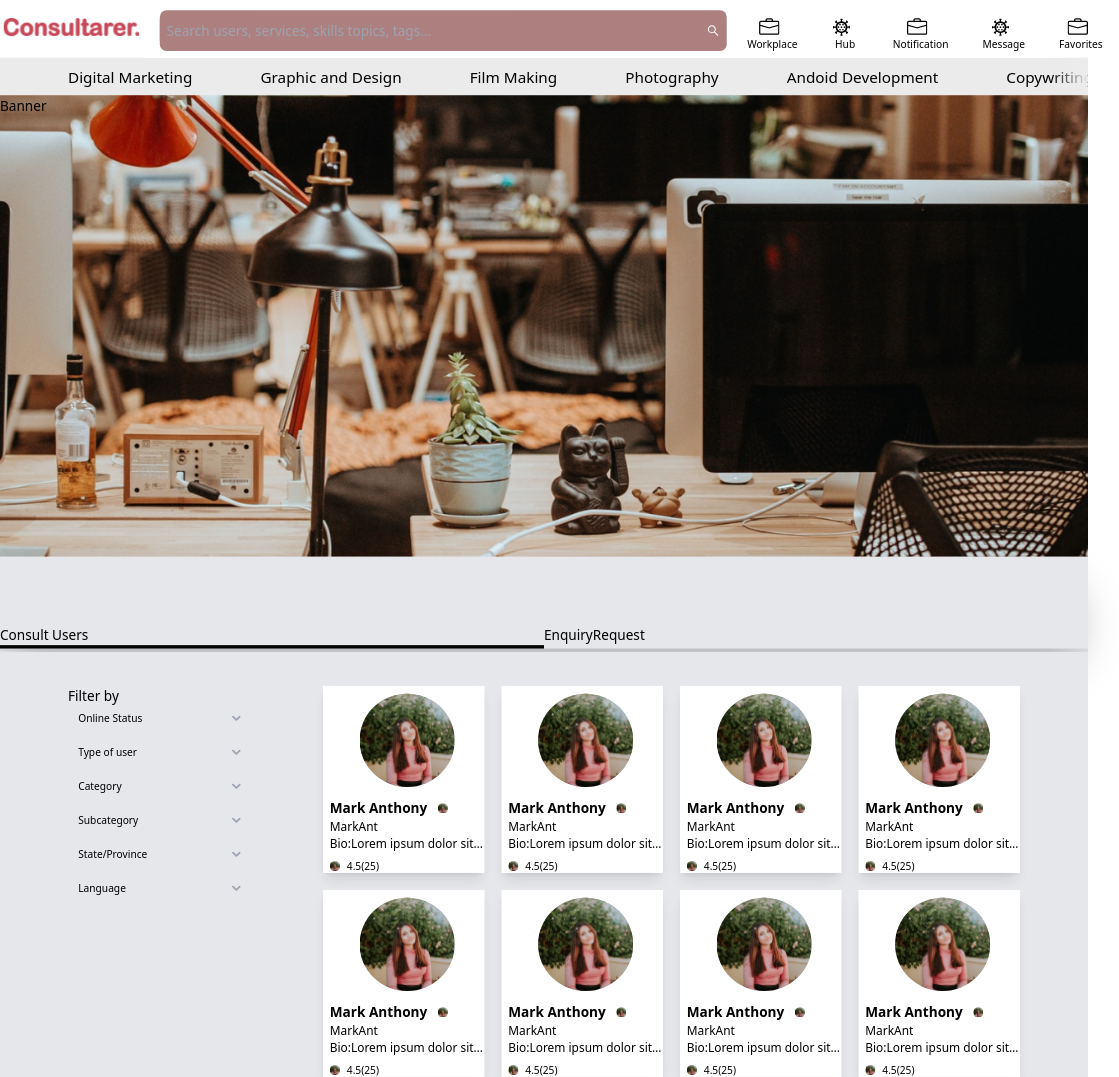
Repository: hisreal123/Consultarer
Page: /
An editor plug-in stored every save of this project. The page is shown before and after the next save, followed by the edit.
The browser window is 1280 px wide. The page is 1317 px wide, so the pictures cover 1317 px, including what lies to the right of the window. The pictures show the whole page, at 85% of full size.
The project was rebuilt for these pictures with package versions that can differ from the ones it lists, and the page was loaded fresh each time. The framework's server and built-in components were replaced by stand-ins that run in the browser. Also part of the build but not shown: next.config.js, webpack.config.js, components/Filter/Sortby.js.

Above is the page before, as saved 2022-04-26 00:31:22.

### pages/_app.js
import Layout from "../components/Layout";
import "../styles/globals.css";



function MyApp({ Component, pageProps }) {
  return (
    <Layout>
      <Component {...pageProps} />
    </Layout>
  );
}

export default MyApp;

### pages/index.js
import Head from "next/head";
import Image from "next/image";
import CatList from "../components/Category/CatList";
import { CatLinkData } from "../utils/CatLinkdata";
import { Banner } from "../components/Banner/Banner";
import { ContentTab } from "../components/CardContent/ContentTab";

export default function Home({ data }) {
  return (
    <div className=" ">
      <Head>
        <title>Cosultarer.</title>
        <meta name="description" content="Generated by create next app" />
        <link rel="icon" href="/favicon.ico" />
      </Head>

      <main className="bg-gray-200">
        <CatList allCatLinkData={data} />
        <Banner />
        <ContentTab />
      </main>
    </div>
  );
}

export async function getStaticProps() {
  return {
    props: {
      data: CatLinkData,
    },
    revalidate: 4 * 60 * 60,
  };
}

### components/Layout.js
import React from "react";
import { TopNav } from "./TopNav/TopNav";

const Layout = ({ children , toggle}) => {
  return (
    <div className="relative">
      <TopNav toggle={toggle}/>
      {children}
    </div>
  );
};

export default Layout;

### components/Category/CatList.js
import React from "react";
import ListLink from "./ListLink";
const CatList = ({ allCatLinkData }) => {
  return (
    <div className="relative  overflow-hidden ">
      <div className="relative">
        <ListLink data={allCatLinkData} />
      </div>
    </div>
  );
};

export default CatList;

### utils/CatLinkdata.js
// Json Array for CarTegory Section
export const CatLinkData = [
  {
    id: 1,
    Category: " Digital Marketing",
  },
  {
    id: 2,
    Category: " Graphic and Design",
  },
  {
    id: 3,
    Category: " Film Making",
  },
  {
    id: 4,
    Category: " Photography ",
  },
  {
    id: 5,
    Category: " Andoid Development ",
  },
  {
    id: 6,
    Category: " Copywriting ",
  },

  {
    id: 7,
    Category: " Photography ",
  },
  {
    id: 8,
    Category: " Andoid Development ",
  },
  {
    id: 9,
    Category: " Copywriting ",
  },
  {
    id: 10,
    Category: " Digital Marketing",
  },
  {
    id: 11,
    Category: " Graphic and Design",
  },
  {
    id: 12,
    Category: " Film Making",
  },
  {
    id: 13,
    Category: " Photography ",
  },
  {
    id: 14,
    Category: " Andoid Development ",
  },
  {
    id: 15,
    Category: " Copywriting ",
  },

  {
    id: 16,
    Category: " Photography ",
  },
  {
    id: 17,
    Category: " Andoid Development ",
  },
  {
    id: 18,
    Category: " Copywriting ",
  },
]; // End of CatLinks

// for Link Data

### components/Banner/Banner.js
import React from "react";

export const Banner = () => {
  return (
    <div className=" h-[543px]  bg-gray-200 bg-hero bg-origin-content bg-right md:bg-center bg-cover bg-no-repeat  ">
      Banner
    </div>
  );
};

### components/CardContent/ContentTab.js
import { React, Fragment, useState } from "react";
import { EnquiryRequest } from "./EnquiryRequest";
import { ConsultUsers } from "./ConsultUsers";

export const ContentTab = () => {
  const [index, setIndex] = useState(0);
  return (
    <div className="Tabs">
      <div className="tabList  grid grid-cols-2 pt-20 bg-gray-200 mb-1 shadow-2xl z-30">
        <div
          className={`tabHead   ${
            index === 0 ? " border-b-4 border-b-black   " : null
          }`}
          onClick={() => {
            setIndex(0);
          }}
        >
          <h1 className="">Consult Users</h1>
        </div>
        <div
          className={`tabHead ${
            index === 1 ? "  border-b-4 border-b-black " : null
          }`}
          onClick={() => {
            setIndex(1);
          }}
        >
          <h1>EnquiryRequest</h1>
        </div>
      </div>
      <div className="contentl ">
        <div className="tabContent" hidden={index != 0}>
          <ConsultUsers />
        </div>
        <div className="tabContent" hidden={index != 1}>
          <EnquiryRequest />
        </div>
      </div>
    </div>
  );
};

### components/TopNav/TopNav.js
import Link from "next/link";
import { React, useState } from "react";
import Search from "./Search";
import { TopNavMobile } from "../Mobile/TopNavMobile";
import { Aside } from "../Mobile/Aside";
import { AccountLinks } from "../AccountLinks";

// All design are been adjusted to mobile first
export const TopNav = () => {
  return (
    <div className=" shadow-sm ">
      {/* tablet and extended*/}
      <div className=" relative lg:flex item-center ">
        <TopNavMobile />
        <div className="wrap hidden lg:flex  lg:bg-white lg:w-screen   lg:pt-3">
          <Search
            widthStyle="  ml-4 rounded-full hidden md:block lg:mr-1 lg:flex lg:pr-2  lg:bg-[#ad8080] lg:text-white "
            inputStyle="lg:w-[643px] lg:py-2  lg:bg-[#ad8080] lg:pl-2 lg:rounded-lg lg:outline-none lg:text-white"
          />
          <div className="acct w-full relative">
            <AccountLinks />
          </div>
        </div>
      </div>
    </div>
  );
};

### components/Category/ListLink.js
import Link from "next/link";
import React from "react";
import { useRouter } from "next/router";

const ListLink = ({ data }) => {
  const router = useRouter();
  return (
    <div className="relative bg-[#EBEBEB]">
      <ul className="  relative flex whitespace-nowrap px-10 sm:px-20 space-x-10 sm:space-x-20 overflow-x-scroll scrollbar-hide py-2 md:text-lg lg:w-screen">
        {data.map((list) => (
          <li
            key={list.id}
            // onClick={() => router.push(`/${list.Category}`)}
            className="hover:scale-105 transition duration-100  cursor-pointer active:text-red-500"
          >
            {list.Category}
          </li>
        ))}
      </ul>

      <div className="absolute top-0 right-0 bg-gradient-to-l from-[#EBEBEB] h-10 w-11"></div>
    </div>
  );
};

export default ListLink;

### components/CardContent/EnquiryRequest.js
import { FilterList } from "../Filter/FilterList";
export const EnquiryRequest = () => {
  return (
    <div className="grid grid-cols-2 relative w-full bg-green-300">
    <FilterList />
    </div>
  );
};

### components/CardContent/ConsultUsers.js
import React from "react";
import { FilterList } from "../Filter/FilterList";
import { UserCard } from "./UserCard";
export const ConsultUsers = () => {
  return (
    <div className="grid grid-cols-4 pt-10 px-20 z-10 gap-20 relative w-full bg-gray-200">
      <FilterList />
      <div className="useCard col-span-3">
        <UserCard userStyle="" />
      </div>
    </div>
  );
};

### components/TopNav/Search.js
import React from "react";
import { AiOutlineSearch } from "react-icons/ai";

const Search = ({ widthStyle, mobileStyle, inputStyle , lgStyle}) => {
  return (
    <div
      className={`transition hover:shadow-md  flex items-center  relative  bg-white  justify-between pr-3 lg:mb-2 lg:rounded-lg group  ${widthStyle} ${mobileStyle} ${lgStyle}`}
    >
      <input
        type="text"
        name="search"
        id="search"
        placeholder="Search users, services, skills topics, tags... "
        className={inputStyle}
      />
      <AiOutlineSearch className="transition hover:scale-105 cursor-pointer  " />
    </div>
  );
};

export default Search;

### components/Mobile/TopNavMobile.js
import { React, useState } from "react";
import { Aside } from "../Mobile/Aside";
import { Logo } from "../Logo";
import { Profile } from "../Profile";
import Search from "../TopNav/Search";
import { MdMenu } from "react-icons/md";

export const TopNavMobile = () => {
  const [openSideBar, setOpenSideBar] = useState(false);
  return (
    <div className="mobile relative pl-1 px-2 pb-1">
      {/* mobile*/}
      {/* Adding pr-2 to make space for te search component*/}
      <div className=" relative flex justify-between items-center bg-white w-full lg:h-full">
        <div className=" relative flex items-center">
          <MdMenu
            className="text-3xl text-gray-600 mr-1 lg:hidden"
            onClick={() => setOpenSideBar(!openSideBar)}
          />
          <Logo />
        </div>
        <Profile /> {/* profile available only for mobile xs & sm screen size*/}
      </div>
      {/* Search avialable only for mobile xs & sm screen size*/}
      <Search
        widthStyle="w-full pl-2  lg:hidden"
        mobileStyle="mb-3 outline-none rounded-full border border-1 "
        inputStyle=" text-xs py-2 px-2 w-full md:text-md"
      />

      <Aside
        sidebarInfo={{ openSideBar, setOpenSideBar }}
        toggleStyle={`
      ${!openSideBar ? "-translate-x-full" : ""}
    `}
      />
    </div>
  );
};

### components/Mobile/Aside.js
import Link from "next/link";
import { React, useState } from "react";
import { GrFormClose } from "react-icons/gr";
import { AccountLinks } from "../AccountLinks";
import Divider from "../divider";
import { FilterList } from "../Filter/FilterList";
import { Logo } from "../Logo";
// Repeated Style for more than one Element
const GenDesc = "text-xs text-red-500  pl-2 py-1";

export const Aside = ({
  toggleStyle,
  sidebarInfo: { openSideBar, setOpenSideBar },
}) => {
  return (
    <div
      className={` bg-white  absolute top-0  left-0  shadow-lg overflow-hidden w-3/4  transition pb-20 z-50  md:w-50 lg:hidden
      ${openSideBar ? " " : "-translate-x-full"} ${toggleStyle}
      `}
    >
      <div className="top ">
        <div className="top flex  justify-between items-center py-2 px-2">
          <Logo />
          <GrFormClose
            className="text-3xl"
            onClick={() => setOpenSideBar(!openSideBar)}
          />
        </div>
        <Divider />
        <h4 className={GenDesc}> Account</h4>
        <AccountLinks />
        <Divider />
        <FilterList filStyle={GenDesc} />
      </div>
    </div>
  );
};

### components/AccountLinks.js
import React from "react";
import { BsBriefcase } from "react-icons/bs";
import { MdOutlineCoronavirus } from "react-icons/md";
import Divider from "./divider";

const AsideLink = [
  {
    id: 1,
    title: " Workplace",
    icon: <BsBriefcase />,
  },

  {
    id: 2,
    title: "Hub",
    icon: <MdOutlineCoronavirus />,
  },

  {
    id: 3,
    title: " Notification",
    icon: <BsBriefcase />,
  },

  {
    id: 4,
    title: "Message",
    icon: <MdOutlineCoronavirus />,
  },

  {
    id: 5,
    title: " Favorites",
    icon: <BsBriefcase />,
  },
];

export const AccountLinks = () => {
  return (
    <div className=" group md:flex md:items-center md:justify-between md:w-full relative   lg:justify-between lg:items-center">
      {AsideLink.map((item) => (
        <div
          key={item.id}
          className="flex items-center px-2 py-2 mb-1 hover:bg-red-200 last:mb-0 md:text-2xl lg:px-0 lg:pt-2 lg:flex-col lg:pl-5 lg:pr-5  lg:hover:bg-white group lg:mb-0 lg:hover:border-b lg:border-b-black transition duration-150 "
        >
          <span className="mr-2 sm:hover:text-red-400 lg:hover:text-black lg:hover:font-extrabold  transition duration-100 lg:hover:animate-bounce">
            {item.icon}
          </span>
          <h1 className="text-xs"> {item.title}</h1>
        </div>
      ))}
    </div>
  );
};

### components/Filter/FilterList.js
import Divider from "../divider";
import { FilterCheckBox } from "./FilterCheckBox";
import Sortby from "./Sortby";

export const FilterList = ({ filStyle }) => {
  return (
    <div className=" ">
      <h3 className={filStyle}> Filter by</h3>

      <div className="wrap px-2">
        <FilterCheckBox OptionTitle="Online Status" />
        <FilterCheckBox OptionTitle="Type of user" />
        <FilterCheckBox OptionTitle="Category" />
        <FilterCheckBox OptionTitle="Subcategory" />
        <FilterCheckBox OptionTitle="State/Province" />
        <FilterCheckBox OptionTitle="Language" />

        {/*<Sortby title="Sort By" subTitle="Price" />
              <Divider />
          <Sortby title=" Rating " /> */}
      </div>
    </div>
  );
};

### components/CardContent/UserCard.js
import React from "react";
import Image from "next/image";
const User = [
  {
    slug: "user1",
    ImageProfile: "/img/unsplash_x9cXI2eQLBw.svg",
    fullname: " Mark Anthony",
    username: "MarkAnt",
    verified: true,
    rank: true,
    rate: "4.5(25)",
    salary: "50",
    timePrice: "10mins",
  },

  {
    slug: "user2",
    ImageProfile: "/img/unsplash_x9cXI2eQLBw.svg",
    fullname: " Mark Anthony",
    username: "MarkAnt",
    verified: true,
    rank: true,
    rate: "4.5(25)",
    salary: "50",
    timePrice: "10mins",
  },

  {
    slug: "user3",
    ImageProfile: "/img/unsplash_x9cXI2eQLBw.svg",
    fullname: " Mark Anthony",
    username: "MarkAnt",
    verified: true,
    rank: true,
    rate: "4.5(25)",
    salary: "50",
    timePrice: "10mins",
  },

  {
    slug: "user4",
    ImageProfile: "/img/unsplash_x9cXI2eQLBw.svg",
    fullname: " Mark Anthony",
    username: "MarkAnt",
    verified: true,
    rank: true,
    rate: "4.5(25)",
    salary: "50",
    timePrice: "10mins",
  },
  {
    slug: "user5",
    ImageProfile: "/img/unsplash_x9cXI2eQLBw.svg",
    fullname: " Mark Anthony",
    username: "MarkAnt",
    verified: true,
    rank: true,
    rate: "4.5(25)",
    salary: "50",
    timePrice: "10mins",
  },

  {
    slug: "user6",
    ImageProfile: "/img/unsplash_x9cXI2eQLBw.svg",
    fullname: " Mark Anthony",
    username: "MarkAnt",
    verified: true,
    rank: true,
    rate: "4.5(25)",
    salary: "50",
    timePrice: "10mins",
  },

  {
    slug: "user7",
    ImageProfile: "/img/unsplash_x9cXI2eQLBw.svg",
    fullname: " Mark Anthony",
    username: "MarkAnt",
    verified: true,
    rank: true,
    rate: "4.5(25)",
    salary: "50",
    timePrice: "10mins",
  },

  {
    slug: "user8",
    ImageProfile: "/img/unsplash_x9cXI2eQLBw.svg",
    fullname: " Mark Anthony",
    username: "MarkAnt",
    verified: true,
    rank: true,
    rate: "4.5(25)",
    salary: "50",
    timePrice: "10mins",
  },
];

export const UserCard = ({ userStyle }) => {
  return (
    <div className={`cardWrapper relative `}>
      <div className="cardContent">
        <div className=" details relative  grid grid-cols-4 gap-5 ">
          {User.map((user, slug) => (
            <div
              className={` user relative flex flex-col bg-white pt-2 pl-2 shadow-lg ${userStyle}`}
              key={slug}
            >
              <div className="relative h-7 w-28 self-center  mb-24 ">
                <Image
                  src={user.ImageProfile}
                  height="100"
                  width="100"
                  layout="responsive"
                  alt="profile Image"
                />
              </div>
              <div className="infos relative">
                <h2 className=" font-semibold flex items-center">
                  {user.fullname}
                  {user.verified ? (
                    <div className="w-3 ml-3">
                      <Image
                        src="/img/unsplash_x9cXI2eQLBw.svg"
                        alt="verified"
                        layout="responsive"
                        height="100"
                        width="100"
                      />
                    </div>
                  ) : (
                    null(" false")
                  )}
                </h2>
                <h3 className=" font-medium text-sm"> {user.username} </h3>

                <p className="text-sm truncate">
                  Bio:
                  <span>
                    Lorem ipsum dolor sit amet, consectetur adipisicing elit.
                    Similique itaque dolore, quod hic magnam facere enim
                    temporibus esse eligen
                  </span>
                </p>

                <p className="star text-xs flex items-center mt-2">
                  <div className="w-3 mr-2 ">
                    <Image
                      src="/img/unsplash_x9cXI2eQLBw.svg"
                      alt="verified"
                      layout="responsive"
                      height="100"
                      width="100"
                    />
                  </div>
                  <span>{user.rate}</span>
                </p>
              </div>
            </div>
          ))}
        </div>
      </div>
    </div>
  );
};

### components/Logo.js
import Link from "next/link";
import React from "react";
import LogoPic from "../public/img/logo.svg";
export const Logo = () => {
  return (
    <div>
      <Link href="#">
        <a className="cursor-pointer">
          <LogoPic className="h-10 w-28 md:w-36 lg:h-30 lg:w-40 lg:pt-2 lg:pb-2" />
        </a>
      </Link>
    </div>
  );
};

### components/Profile.js
import React from "react";
import ProfilePic from "../public/img/unsplash_x9cXI2eQLBw.svg";

export const Profile = () => {
  return (
    <div className="group absolute right-0 pr-2 lg:hidden transition duration-150">
      <ProfilePic className="text-3xl group:hover:shadow-lg " />
      <span className="bg-green-600 h-2 w-2 absolute z-10 bottom-1 right-2  rounded-full "></span>
    </div>
  );
};

### components/divider.js
import React from "react";

function Divider() {
  return <div className="divider h-[0.08px] w-full bg-gray-300 "></div>;
}

export default Divider;

### components/Filter/FilterCheckBox.js
import { useState } from "react";
import { Listbox, Transition } from "@headlessui/react";
import { ChevronDownIcon } from "@heroicons/react/solid";

const people = [
  { id: 2, title: "Online Status" },
  { id: 3, title: "Option2" },
  { id: 4, title: "Option3" },
  { id: 5, title: "Option4" },
  { id: 5, title: "Option5" },
];

export const FilterCheckBox = ({ OptionTitle }) => {
  const [selectedPerson, setSelectedPerson] = useState(people[0]);
  return (
    <Listbox value={selectedPerson} onChange={setSelectedPerson}>
      <div className="wrap ">
        <Listbox.Button className="mb-3 p-1 text-xs flex items-center w-full  justify-between   ">
          <span className="">{OptionTitle || selectedPerson.title}</span>
          <ChevronDownIcon className="w-5 h-5 text-gray-400" />
        </Listbox.Button>

        <Listbox.Options className="px-1 bg-gray-200 relative">
          {people.map((person) => (
            /* Disabled options will be skipped by keyboard navigation. */
            <Listbox.Option
              key={person.id}
              value={person}
              className="text-xs py-1 md:text-lg "
            >
              {({ active, selected }) => (
                <li
                  className={` py-1 px-2 ${
                    active ? "bg-blue-500 text-white " : "text-black"
                  }`}
                >
                  {selected}
                  {person.title}
                </li>
              )}
            </Listbox.Option>
          ))}
        </Listbox.Options>
      </div>
    </Listbox>
  );
};

### tailwind.config.js
module.exports = {
  mode: "jit",
  content: [
    "./pages/**/*.{js,ts,jsx,tsx}",
    "./components/**/*.{js,ts,jsx,tsx}",
  ],
  theme: {
    extend: {
      backgroundImage: {
        hero: "url('/img/BannerImage.png')",
      },
    },
  },
  plugins: [require("tailwind-scrollbar-hide")],
};

Loaded but not shown: styles/globals.css (common file)

After the next save:
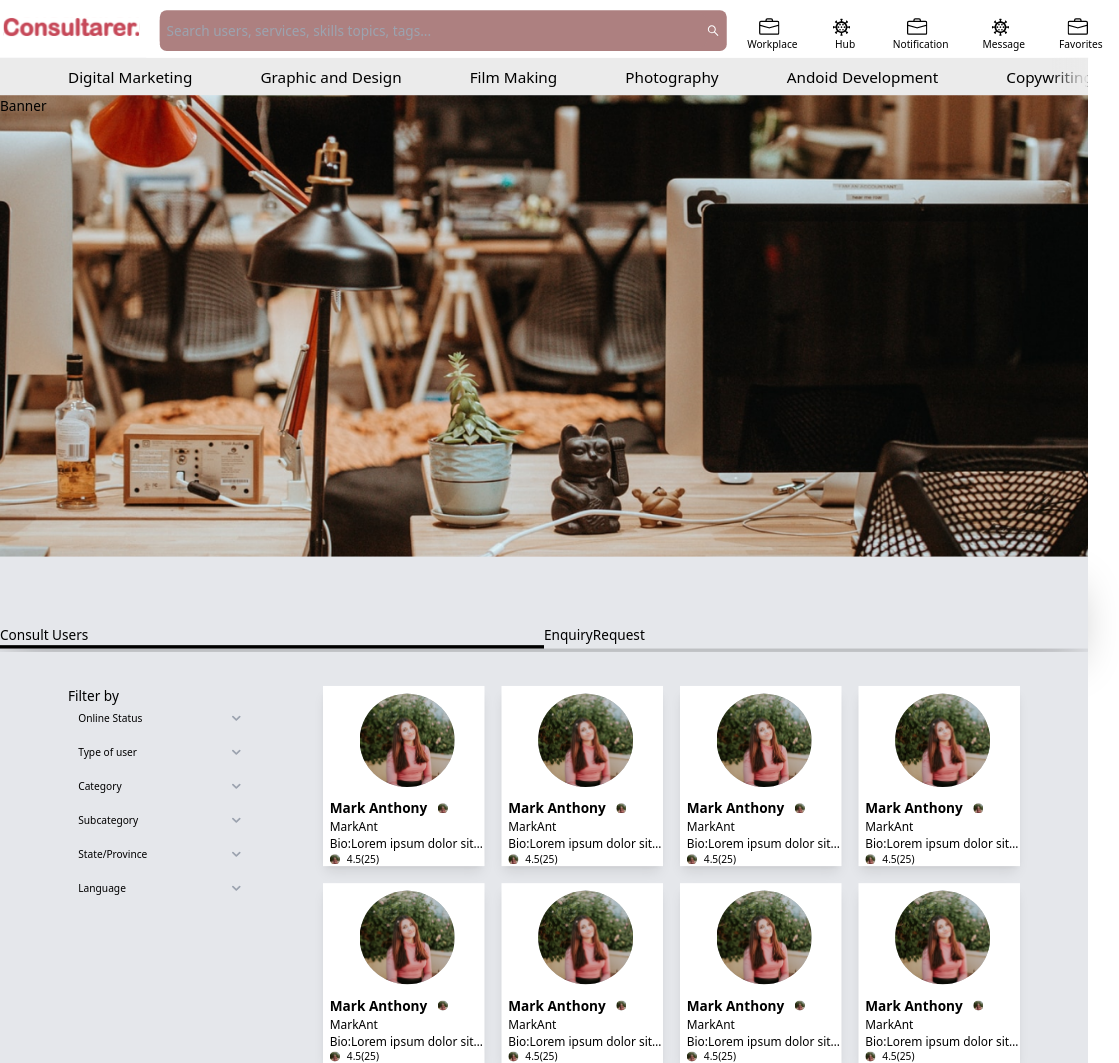
Saved 9 s later.
--- a/components/CardContent/UserCard.js
+++ b/components/CardContent/UserCard.js
@@ -144,7 +144,7 @@ export const UserCard = ({ userStyle }) => {
                   </span>
                 </p>
 
-                <p className="star text-xs flex items-center mt-2">
+                <p className="star text-xs flex items-center ">
                   <div className="w-3 mr-2 ">
                     <Image
                       src="/img/unsplash_x9cXI2eQLBw.svg"
